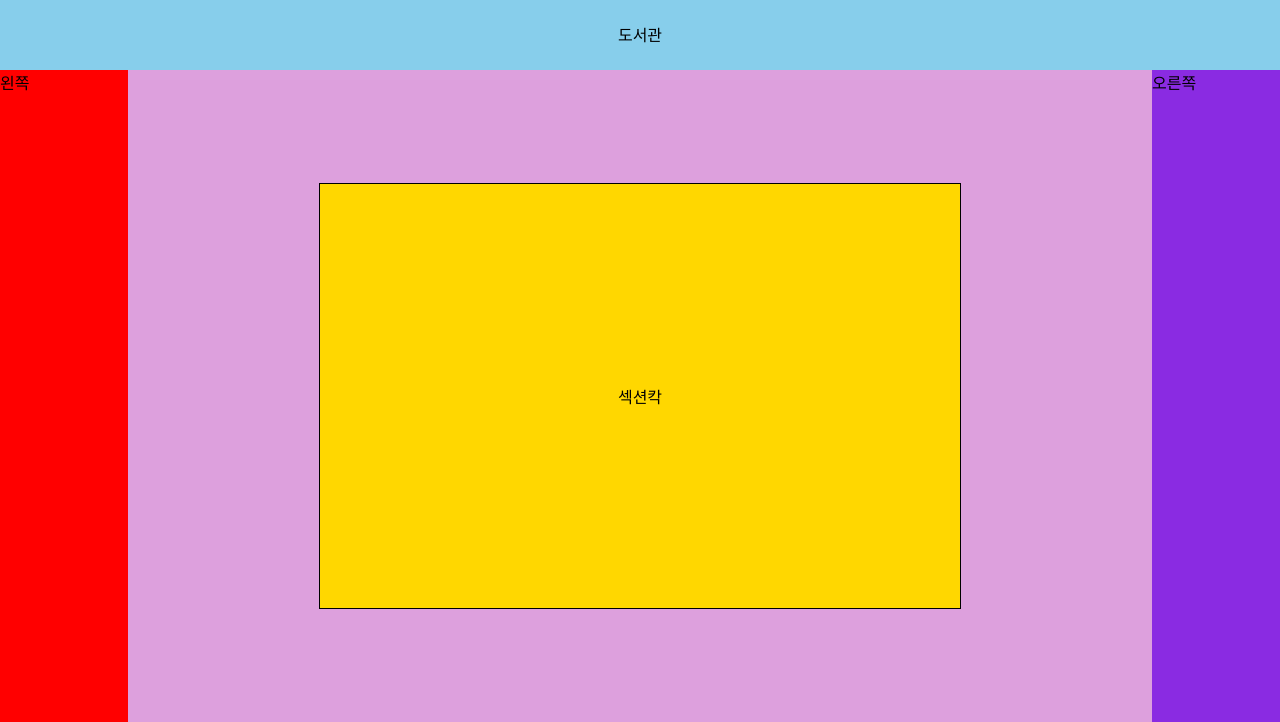
Repository: sojihwan/API_-Multi
Page: / (app in API/)
The author's editor kept a copy of each file at every save. The page is drawn from the files as they stood at one save, then again after the next save.
The browser window is 1280 px wide. The pictures show the whole page.
The project was rebuilt for these pictures with package versions that can differ from the ones it lists, and the page was loaded fresh each time. Also part of the build but not shown: API/src/App.css.

Above is the page before, as saved 2022-05-24 15:19:11.

After the next save:
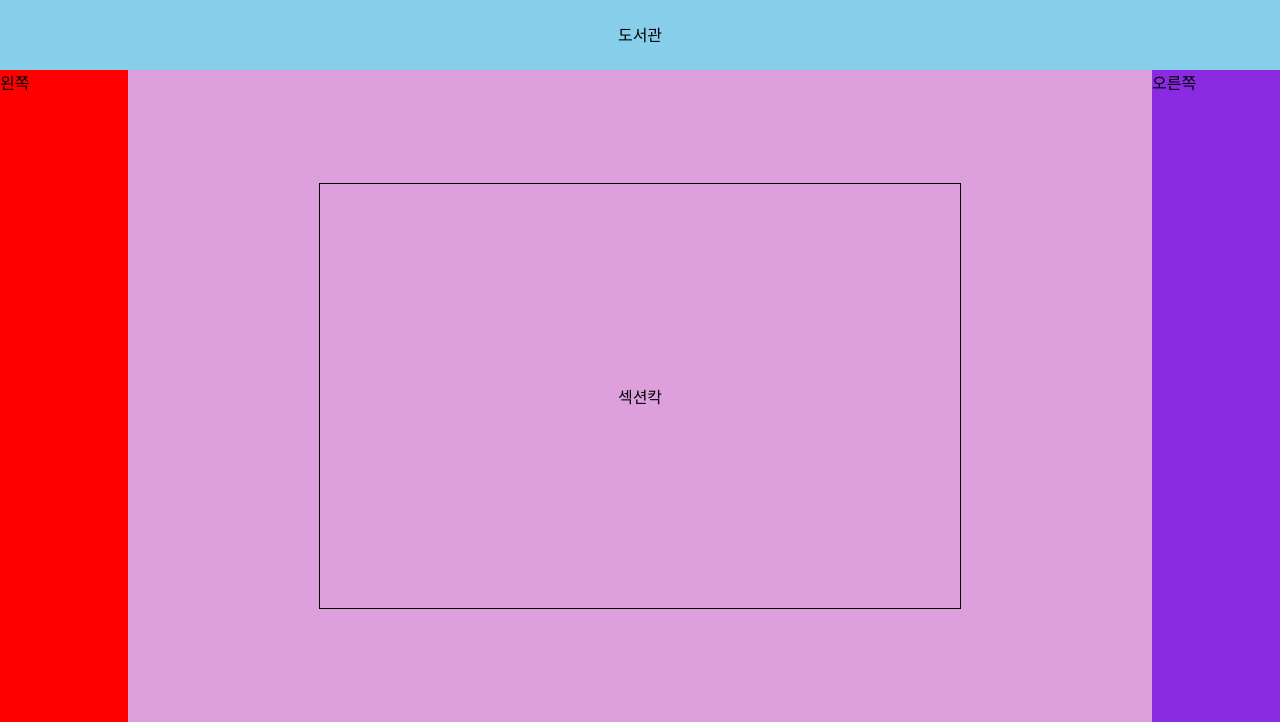
Saved 4 min 18 s later.
--- a/API/src/Layout/Section.css
+++ b/API/src/Layout/Section.css
@@ -2,7 +2,6 @@
   border: 1px solid black;
   width: 50%;
   padding: 200px 0;
-  background: gold;
   text-align: center;
 
 }
